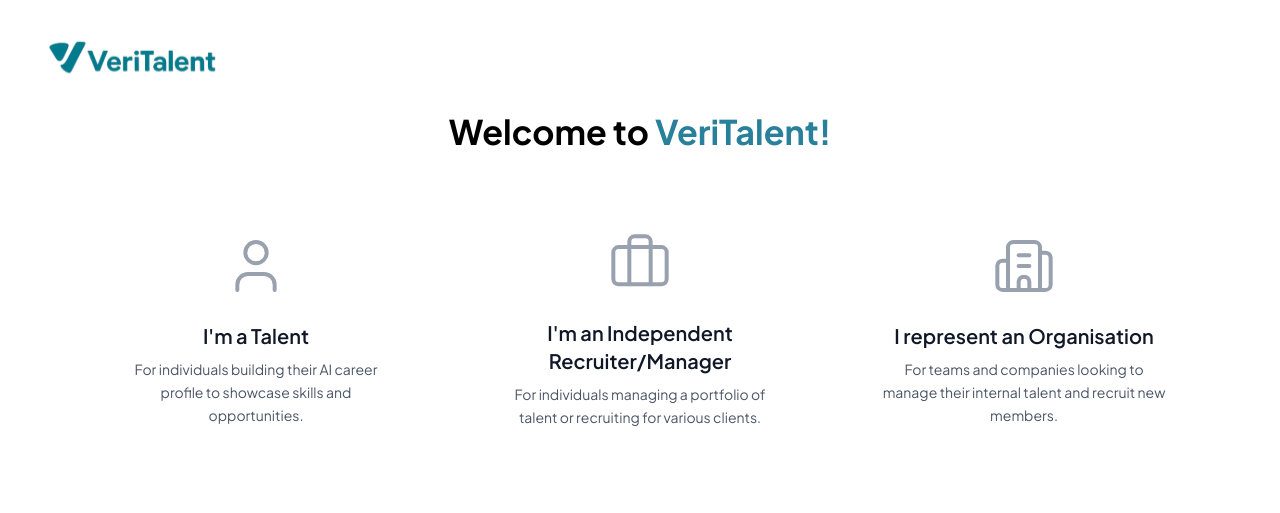
Repository: VeriTalent-Organization/VeriTalent
Page: /
These files come from the project's save history. The page is drawn as it stood at one moment and after the next save; the edit follows.
The browser window is 1280 px wide. The pictures show the whole page.
The project was rebuilt for these pictures with package versions that can differ from the ones it lists, and the page was loaded fresh each time. The framework's server and built-in components were replaced by stand-ins that run in the browser. Also part of the build but not shown: next.config.ts.

Above is the page before, as saved 2025-12-05 17:35:24.

### app/layout.tsx
import type { Metadata } from "next";
import { Plus_Jakarta_Sans } from "next/font/google";
import "./globals.css";


export const metadata: Metadata = {
  title: {
    default: "VeriTalent - AI-Powered Talent Screening & Verified Career Profiles",
    template: "%s | VeriTalent",
  },
  description:
    "VeriTalent helps employers hire faster, reduce bias, and select the right candidates with intelligent screening and AI-driven insights. Empower talents to showcase verified career profiles enriched with actionable growth intelligence.",
  keywords: "talent screening, AI hiring, reduce bias recruiting, verified profiles, career growth intelligence, employer tools",
  authors: [{ name: "VeriTalent" }],
  openGraph: {
    title: "VeriTalent - Intelligent Hiring & Talent Empowerment",
    description:
      "Hire faster with AI insights and empower talents with verified profiles.",
    type: "website",
    locale: "en_US",
    siteName: "VeriTalent",
  },
  twitter: {
    card: "summary_large_image",
    title: "VeriTalent",
    description:
      "AI-driven hiring and verified talent profiles for faster, fairer recruitment.",
  },
  robots: {
    index: true,
    follow: true,
  },
};

const plus_jarkata_sans = Plus_Jakarta_Sans(
  {
    weight:['200',"300","400","500","600","700","800"],
    style: "normal",
    subsets:["latin"]
  }
)

export default function RootLayout({
  children,
}: Readonly<{
  children: React.ReactNode;
}>) {
  return (
    <html lang="en">
      <head>
        {/* Essential for mobile responsiveness (SEO ranking factor) */}
        <meta name="viewport" content="width=device-width, initial-scale=1" />

        {/* Favicon (add your own files) */}
        <link rel="icon" href="/favicon.ico" />
        <link rel="apple-touch-icon" href="/apple-touch-icon.png" />

        {/* Optional: Canonical URL to avoid duplicates */}
        <link rel="canonical" href="https://www.veritalent.com" />
      </head>
      <body
        className={`${plus_jarkata_sans.className} antialiased`}
        suppressHydrationWarning // Optional: Suppresses warnings from font loading
      >
        {/* Optional accessibility enhancement: Skip link (improves keyboard navigation & indirect SEO) */}
        <a href="#main-content" className="sr-only focus:not-sr-only">
          Skip to main content
        </a>

        {children}

        {/* If you have a main content wrapper in pages, id="main-content" there */}
      </body>
    </html>
  );
}

### app/page.tsx
'use client'
import UserTypeCard from '@/components/reuseables/cards/user_type_card'
import MaxWidthContainer from '@/components/reuseables/max_width_container'
import { Text } from '@/components/reuseables/text'
import Icons from '@/lib/configs/icons.config'
import { Briefcase, Building2, User } from 'lucide-react'
import Image from 'next/image'
import React, { useState } from 'react'

const Home = () => {
  const [selectedType, setSelectedType] = useState<string | null>(null);
  return (
    <MaxWidthContainer large >
      <div className='flex items-center py-6'>
        <Image height={200} width={200} alt='veritalent logo' src={Icons.veritalentLogo}/>
      </div>
      <div className='flex items-center justify-center flex-col gap-12'>
        <Text as='h1' variant='Heading'>Welcome to <span className='text-brand-primary'>VeriTalent!</span></Text>
        <div className="grid grid-cols-1 md:grid-cols-3 gap-8 max-w-6xl mx-auto px-4">
      <UserTypeCard
        icon={<User size={64} strokeWidth={1.5} />}
        title="I'm a Talent"
        description="For individuals building their AI career profile to showcase skills and opportunities."
        selected={selectedType === 'talent'}
        onClick={() => setSelectedType('talent')}
      />

      <UserTypeCard
        icon={<Briefcase size={64} strokeWidth={1.5} />}
        title="I'm an Independent Recruiter/Manager"
        description="For individuals managing a portfolio of talent or recruiting for various clients."
        selected={selectedType === 'recruiter'}
        onClick={() => setSelectedType('recruiter')}
      />

      <UserTypeCard
        icon={<Building2 size={64} strokeWidth={1.5} />}
        title="I represent an Organisation"
        description="For teams and companies looking to manage their internal talent and recruit new members."
        selected={selectedType === 'organization'}
        onClick={() => setSelectedType('organization')}
      />
    </div>
      </div>
    </MaxWidthContainer>
  )
}

export default Home

### app/globals.css
@import "tailwindcss";
@import "tw-animate-css";

@custom-variant dark (&:is(.dark *));

@theme {
  --color-brand-primary: #28809A;
  --color-gray-shade: #D9D9D9; /* Removed alpha; use /opacity modifiers instead */
  --color-green-shade: #DCFCE7;
  --color-ink-blue: #2563EB;
  --color-alert-red: #C22929;
  --color-shade-green: #0D9488;
  --color-sky-blue: #E6EDFF;
  --color-weird-orange: #EFBF04;
}

@theme inline {
  --color-background: var(--background);
  --color-foreground: var(--foreground);
  --font-sans: var(--font-geist-sans);
  --font-mono: var(--font-geist-mono);
  --color-sidebar-ring: var(--sidebar-ring);
  --color-sidebar-border: var(--sidebar-border);
  --color-sidebar-accent-foreground: var(--sidebar-accent-foreground);
  --color-sidebar-accent: var(--sidebar-accent);
  --color-sidebar-primary-foreground: var(--sidebar-primary-foreground);
  --color-sidebar-primary: var(--sidebar-primary);
  --color-sidebar-foreground: var(--sidebar-foreground);
  --color-sidebar: var(--sidebar);
  --color-chart-5: var(--chart-5);
  --color-chart-4: var(--chart-4);
  --color-chart-3: var(--chart-3);
  --color-chart-2: var(--chart-2);
  --color-chart-1: var(--chart-1);
  --color-ring: var(--ring);
  --color-input: var(--input);
  --color-border: var(--border);
  --color-destructive: var(--destructive);
  --color-accent-foreground: var(--accent-foreground);
  --color-accent: var(--accent);
  --color-muted-foreground: var(--muted-foreground);
  --color-muted: var(--muted);
  --color-secondary-foreground: var(--secondary-foreground);
  --color-secondary: var(--secondary);
  --color-primary-foreground: var(--primary-foreground);
  --color-primary: var(--primary);
  --color-popover-foreground: var(--popover-foreground);
  --color-popover: var(--popover);
  --color-card-foreground: var(--card-foreground);
  --color-card: var(--card);
  --radius-sm: calc(var(--radius) - 4px);
  --radius-md: calc(var(--radius) - 2px);
  --radius-lg: var(--radius);
  --radius-xl: calc(var(--radius) + 4px);
}

:root {
  --radius: 0.625rem;
  --background: oklch(1 0 0);
  --foreground: oklch(0.145 0 0);
  --card: oklch(1 0 0);
  --card-foreground: oklch(0.145 0 0);
  --popover: oklch(1 0 0);
  --popover-foreground: oklch(0.145 0 0);
  --primary: oklch(0.205 0 0);
  --primary-foreground: oklch(0.985 0 0);
  --secondary: oklch(0.97 0 0);
  --secondary-foreground: oklch(0.205 0 0);
  --muted: oklch(0.97 0 0);
  --muted-foreground: oklch(0.556 0 0);
  --accent: oklch(0.97 0 0);
  --accent-foreground: oklch(0.205 0 0);
  --destructive: oklch(0.577 0.245 27.325);
  --border: oklch(0.922 0 0);
  --input: oklch(0.922 0 0);
  --ring: oklch(0.708 0 0);
  --chart-1: oklch(0.646 0.222 41.116);
  --chart-2: oklch(0.6 0.118 184.704);
  --chart-3: oklch(0.398 0.07 227.392);
  --chart-4: oklch(0.828 0.189 84.429);
  --chart-5: oklch(0.769 0.188 70.08);
  --sidebar: oklch(0.985 0 0);
  --sidebar-foreground: oklch(0.145 0 0);
  --sidebar-primary: oklch(0.205 0 0);
  --sidebar-primary-foreground: oklch(0.985 0 0);
  --sidebar-accent: oklch(0.97 0 0);
  --sidebar-accent-foreground: oklch(0.205 0 0);
  --sidebar-border: oklch(0.922 0 0);
  --sidebar-ring: oklch(0.708 0 0);
}

.dark {
  --background: oklch(0.145 0 0);
  --foreground: oklch(0.985 0 0);
  --card: oklch(0.205 0 0);
  --card-foreground: oklch(0.985 0 0);
  --popover: oklch(0.205 0 0);
  --popover-foreground: oklch(0.985 0 0);
  --primary: oklch(0.922 0 0);
  --primary-foreground: oklch(0.205 0 0);
  --secondary: oklch(0.269 0 0);
  --secondary-foreground: oklch(0.985 0 0);
  --muted: oklch(0.269 0 0);
  --muted-foreground: oklch(0.708 0 0);
  --accent: oklch(0.269 0 0);
  --accent-foreground: oklch(0.985 0 0);
  --destructive: oklch(0.704 0.191 22.216);
  --border: oklch(1 0 0 / 10%);
  --input: oklch(1 0 0 / 15%);
  --ring: oklch(0.556 0 0);
  --chart-1: oklch(0.488 0.243 264.376);
  --chart-2: oklch(0.696 0.17 162.48);
  --chart-3: oklch(0.769 0.188 70.08);
  --chart-4: oklch(0.627 0.265 303.9);
  --chart-5: oklch(0.645 0.246 16.439);
  --sidebar: oklch(0.205 0 0);
  --sidebar-foreground: oklch(0.985 0 0);
  --sidebar-primary: oklch(0.488 0.243 264.376);
  --sidebar-primary-foreground: oklch(0.985 0 0);
  --sidebar-accent: oklch(0.269 0 0);
  --sidebar-accent-foreground: oklch(0.985 0 0);
  --sidebar-border: oklch(1 0 0 / 10%);
  --sidebar-ring: oklch(0.556 0 0);
}

@layer base {
  * {
    @apply border-border outline-ring/50;
  }
  body {
    @apply bg-background text-foreground;
  }
}

### components/reuseables/cards/user_type_card.tsx
// components/UserTypeCard.tsx
import React from 'react';
import { cn } from '@/lib/utils'; // Optional: if you have a cn utility (common with shadcn)

interface UserTypeCardProps {
  title: string;
  description: string;
  icon: React.ReactNode;
  selected?: boolean;
  onClick?: () => void;
  className?: string;
}

const UserTypeCard: React.FC<UserTypeCardProps> = ({
  title,
  description,
  icon,
  selected = false,
  onClick,
  className,
}) => {
  return (
    <div
      onClick={onClick}
      className={cn(
        'relative flex flex-col items-center justify-center p-8 bg-white rounded-2xl border-2 border-transparent cursor-pointer transition-all duration-300 hover:shadow-lg hover:-translate-y-1',
        selected &&
          'border-brand-primary ring-4 ring-primary/20 bg-primary/5', // Highlight when selected
        className
      )}
    >
      {/* Optional: small circle indicator in top-left (like your screenshot) */}
      {selected && (
        <div className="absolute top-3 left-3 w-6 h-6 bg-brand-primary rounded-full border-4 border-white" />
      )}

      {/* Icon with primary tint when selected */}
      <div
        className={cn(
          'mb-6 text-gray-400',
          selected && 'text-primary'
        )}
      >
        {icon}
      </div>

      <h3 className="text-xl font-semibold text-gray-900 text-center mb-2">
        {title}
      </h3>

      <p className="text-sm text-gray-600 text-center leading-relaxed">
        {description}
      </p>
    </div>
  );
};

export default UserTypeCard;

### components/reuseables/max_width_container.tsx
import React from 'react';
import { cn } from '@/lib/utils';


type MaxWidthContainerProps = {
  children: React.ReactNode;
  className?: string;
  /** Optional: control padding on small screens */
  paddingX?: 'px-4' | 'px-6' | 'px-8' | 'none';
  /** Optional: larger max-width for dashboards or full-width sections */
  large?: boolean;
};

const MaxWidthContainer: React.FC<MaxWidthContainerProps> = ({
  children,
  className,
  paddingX = 'px-4',
  large = false,
}) => {
  return (
    <div
      className={cn(
        'mx-auto w-full',
        paddingX === 'none' ? '' : `${paddingX} sm:${paddingX.replace('px-', 'px-')} md:px-8`,
        large ? 'max-w-7xl' : 'max-w-5xl', // 1280px or 1024px
        className
      )}
    >
      {children}
    </div>
  );
};

export default MaxWidthContainer;

### components/reuseables/text.tsx
import { TextConfigurations } from "@/lib/configs/text-configs";

type TextVariant = keyof typeof TextConfigurations;

interface TextProps {
  variant?: TextVariant;
  children: React.ReactNode;
  className?: string;
  color?: string;
  as?: "h1" | "h2" | "h3" | "h4" | "h5" | "h6" | "p" | "span" | "div";
  style?: React.CSSProperties;
}

// Reusable Text Component
export const Text: React.FC<TextProps> = ({
  variant = "RegularText",
  children,
  className = "",
  color,
  as: Component = "p",
  style = {},
}) => {
  const config = TextConfigurations[variant];

  // Determine the color to use
  const textColor =
    color || (config.color === "dynamic" ? undefined : config.color);

  // Build the style object
  const combinedStyle: React.CSSProperties = {
    fontSize: `${config.fontSize}px`,
    lineHeight: config.lineHeight,
    color: textColor,
    ...style,
  };

  // Combine class names
  const combinedClassName = `${config.fontWeight} ${className}`.trim();

  return (
    <Component style={combinedStyle} className={combinedClassName}>
      {children}
    </Component>
  );
};

### lib/configs/icons.config.ts
export class Icons {
  // Person & Profile Icons
  static famiconsPersonOutline = '/famicons_person-outline.svg';
  static ggProfile = '/gg_profile.svg';

  // File & Document Icons
  static file = '/file.svg';
  static ggFileDocument = '/gg_file-document.svg';

  // Social Media Icons
  static flatColorIconsGoogle = '/flat-color-icons_google.svg';
  static skillIconsLinkedin = '/skill-icons_linkedin.svg';

  // UI Icons
  static globe = '/globe.svg';
  static group = '/Group.png';
  static icRoundPostAdd = '/ic_round-post-add.svg';
  static veritalentLogo = '/veritalent.svg';

  // Message & Communication Icons
  static jamMessages = '/jam_messages.png';
  static jamMessagesAlt = '/jam_messages.svg';
  static jamWorld = '/jam_world.png';

  // Dashboard & Layout Icons
  static mageDashboard = '/mage_dashboard.svg';
  static logosMicrosoftIcon = '/logos_microsoft-icon.svg';

  // Upload & Cloud Icons
  static meteorIconsUploadCloud = '/meteor-icons_upload-cloud.svg';

  // Security Icons
  static solarLockPasswordLinear = '/solar_lock-password-linear.svg';
}

// Export for convenient access
export default Icons;

### lib/configs/text-configs.ts
export const TextConfigurations = {
    Heading: {
        fontSize: 34,
        fontWeight:'font-bold',
        lineHeight:'100%',
        color:'#000000'
    },
    SubHeadings:{
          fontSize: 22,
        fontWeight:'font-bold',
        lineHeight:'100%',
        color:'#000000'
    },
    SubText:{
        fontSize:18.05,
        fontWeight:'font-[400]',
        lineHeight:'100%',
        color:'#000000/70'
    },
    RegularText:{
        fontSize:20.45,
        fontWeight:'font-semibold',
        lineHeight: '100%',
        color:'dynamic'
    }
}

Loaded but not shown: lib/utils.ts (common file)

After the next save:
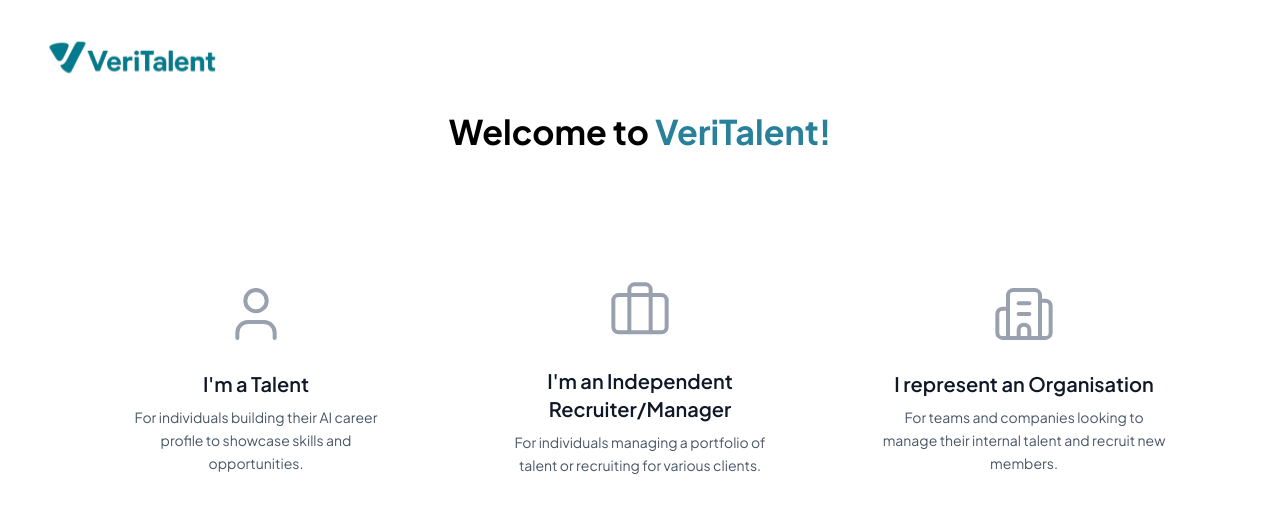
Saved 78 s later.
--- a/app/page.tsx
+++ b/app/page.tsx
@@ -16,6 +16,7 @@
       </div>
       <div className='flex items-center justify-center flex-col gap-12'>
         <Text as='h1' variant='Heading'>Welcome to <span className='text-brand-primary'>VeriTalent!</span></Text>
+        <Text as='h3' variant='SubText'></Text>
         <div className="grid grid-cols-1 md:grid-cols-3 gap-8 max-w-6xl mx-auto px-4">
       <UserTypeCard
         icon={<User size={64} strokeWidth={1.5} />}
